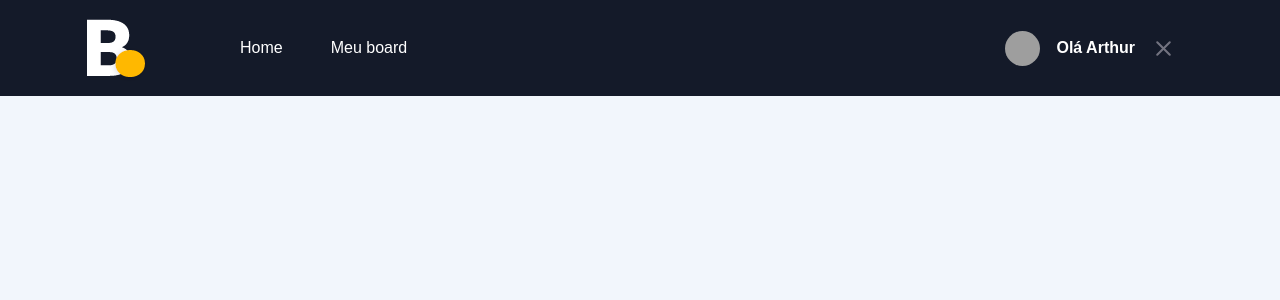
Repository: ArthurHendrich/Task-Board
Page: /board
These files come from the project's save history. The page is drawn as it stood at one moment and after the next save; the edit follows.
The browser window is 1280 px wide. The pictures show the whole page.
Pictures or frames that could not be fetched are drawn as grey boxes. The project was rebuilt for these pictures with package versions that can differ from the ones it lists, and the page was loaded fresh each time. The framework's server and built-in components were replaced by stand-ins that run in the browser. Also part of the build but not shown: next.config.js, src/pages/board/styles.module.scss.

Above is the page before, as saved 2022-07-04 17:55:37.

### src/pages/_app.tsx
import { AppProps } from 'next/app';
import { Header } from '../components/Header';

import '../styles/global.scss';

function MyApp({ Component, pageProps }: AppProps) {
  return (
    <>
    <Header />
    <Component {...pageProps} />
    </>
  )
}

export default MyApp

### src/pages/_document.tsx
import Document, { Head, Html, Main, NextScript } from "next/document";

export default class MyDocument extends Document{
  render(){
    return(
      <Html>
        <Head>
        </Head>
        <body>
          <Main />
          <NextScript />
        </body>
      </Html>
    )
  }
}

### src/pages/board/index.tsx
import Head from 'next/head';
import styles from './styles.module.scss';

export default function Board(){
  return (
    <>
      <Head>
        <title>My Task | Tarefas</title>
      </Head>
    </>
  )
}

### src/components/Header/index.tsx
import Link from "next/link";
import { SignInButton } from "../SignInButton/index";
import styles from "./styles.module.scss";

export function Header() {
  return (
    <header className={styles.headerContainer}>
      <div className={styles.headerContent}>
        <Link href="/">
          <img src="/images/logo.svg" alt="Logo" />
        </Link>

        <nav>
          <Link href="/">
            <a>Home</a>
          </Link>
          <Link href="/board">
            <a>Meu board</a>
          </Link>
        </nav>

        <SignInButton />
      </div>
    </header>
  );
}

### src/styles/global.scss
* {
  margin: 0;
  padding: 0;
  box-sizing: border-box;
}

@media (max-width: 1080px) {
  html {
    font-size: 93.75%;
  }
}

@media (max-width: 720px) {
  html {
    font-size: 87.5%;
  }
}


body {
  background: #F2F6FC;
}

body, input, textarea, select, button {
  font: 400 1rem sans-serif;
}

button {
  cursor: pointer;
}

a {
  text-decoration: none;
  color: inherit;
}

### src/components/SignInButton/index.tsx
import styles from "./styles.module.scss";
import { FaGithub } from 'react-icons/fa';
import { FiX } from 'react-icons/fi';

export function SignInButton() {
  const session = true;

  return session ? (
    <button type="button" className={styles.signInButton} onClick={() => {}}>
      <img src="https://avatars.githubusercontent.com/u/99266969?v=4" alt="Github" />
      Olá Arthur
      <FiX color="#737380" className={styles.closeIcon} />
    </button>
  ) : (
    <button type="button" className={styles.signInButton} onClick={() => {}}>
    <FaGithub color="#FFB800" />
    Entrar com github
    </button>
  )
}

### src/components/Header/styles.module.scss
.headerContainer {
  height: 6rem;
  background-color: #141a29;
}

.headerContent {
  max-width: 1120px;
  height: 6rem;
  margin: 0 auto;
  display: flex;
  align-items: center;

  img {
    cursor: pointer;
  }

  nav{
    margin-left: 5rem;
    height: 5rem;

    a {
      display: inline-block;
      position: relative;
      padding: 0 0.5rem;
      height: 5rem;
      line-height: 5rem;
      color: #FFF;

      & + a {
        margin-left: 2rem;
      }
    }

  }

  button {
    margin-left: auto;
  }

}

### src/components/SignInButton/styles.module.scss
.signInButton{
  height: 2.5rem;
  border-radius: 3rem;
  background: transparent;
  border: 0;
  display: flex;
  align-items: center;
  justify-content: center;
  padding: 0 1.5rem;
  color: #FFF;
  font-weight: bold;
  transition: filter 0.2s;

  svg {
    width: 25px;
    height: 25px;
  }

  img {
    width: 35px;
    height: 35px;
    border-radius: 50%;
    margin-right: 1rem;
  }

  &:hover{
    filter: brightness(0.9);
  }

  svg:first-child {
    margin-right: 1rem;
  }

  svg.closeIcon {
    margin-left: 1rem;
  }
}

After the next save:
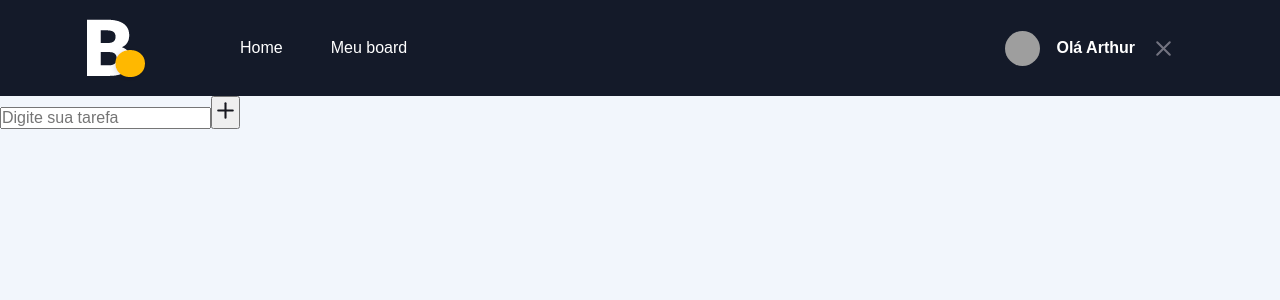
Saved 84 s later.
--- a/src/pages/board/index.tsx
+++ b/src/pages/board/index.tsx
@@ -1,5 +1,6 @@
 import Head from 'next/head';
 import styles from './styles.module.scss';
+import { FiPlus } from 'react-icons/fi'
 
 export default function Board(){
   return (
@@ -7,6 +8,14 @@ export default function Board(){
       <Head>
         <title>My Task | Tarefas</title>
       </Head>
+
+      <main className={styles.container}>
+        <form>
+          <input type="text" placeholder='Digite sua tarefa' />
+          <button type='submit'><FiPlus size={25} color="#17181f"/></button>
+        </form>
+
+      </main>
     </>
   )
 }
